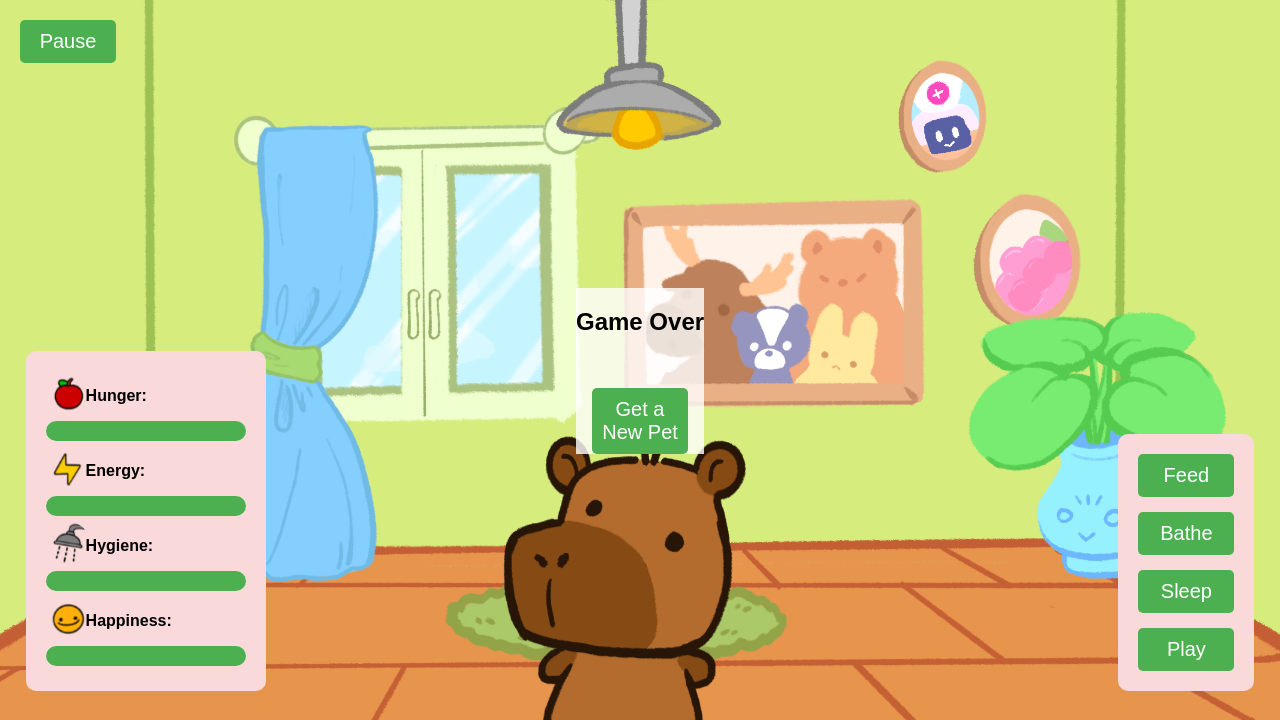
Repository: sarahjx/CapyCare
Page: html/index.html
An editor plug-in stored every save of this project. The page is shown before and after a run of saves, followed by the edit.
The browser window is 1280 px wide. The pictures show the whole page.
Some web fonts or font styles are not loaded; a fallback is used.

Above is the page before, as saved 2025-05-01 14:48:38.
Console error: TypeError: Cannot set properties of null (setting 'innerText')

After the next 3 saves:
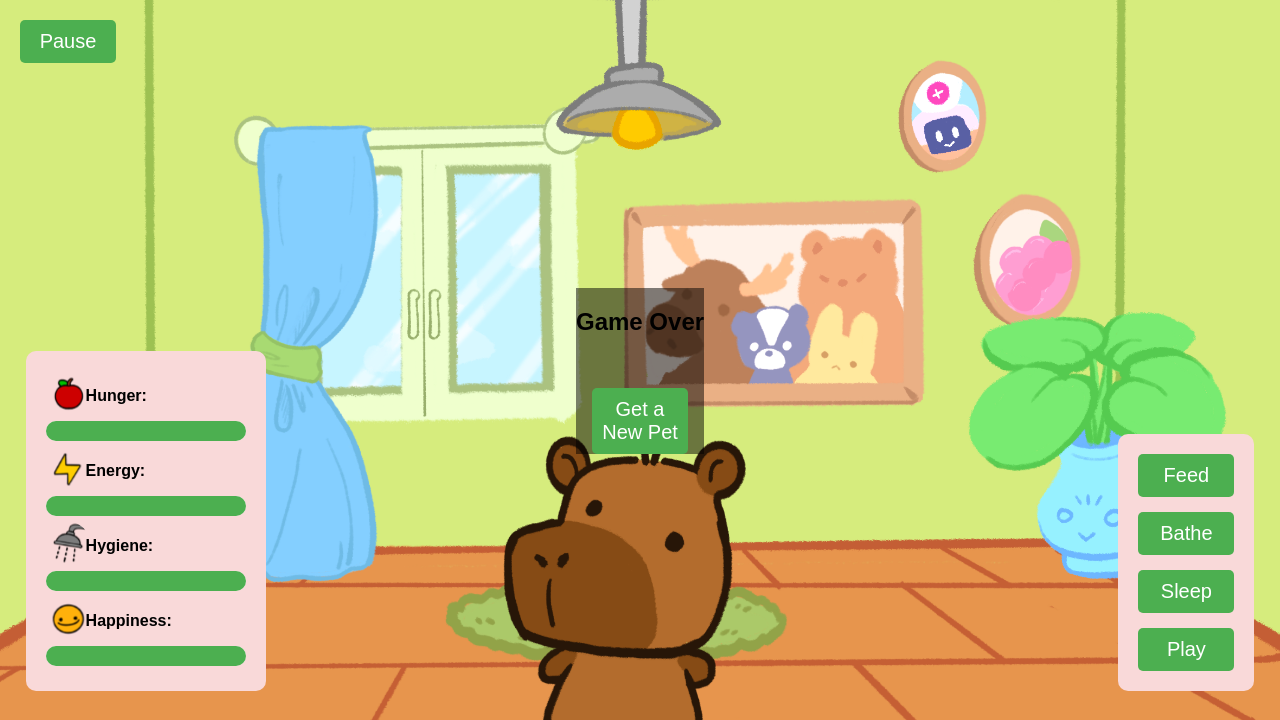
The 3 saves are shown as one change because they came seconds apart.
The last was saved 9 s later.
--- a/css/statusbar.css
+++ b/css/statusbar.css
@@ -178,7 +178,7 @@ button:hover {
   top: 40%;
   padding: 0;
   margin: 0;
-  background-color: rgba(255, 255, 255, 0.8);
+  background-color: rgba(0, 0, 0, 0.5);
 
 
 }
